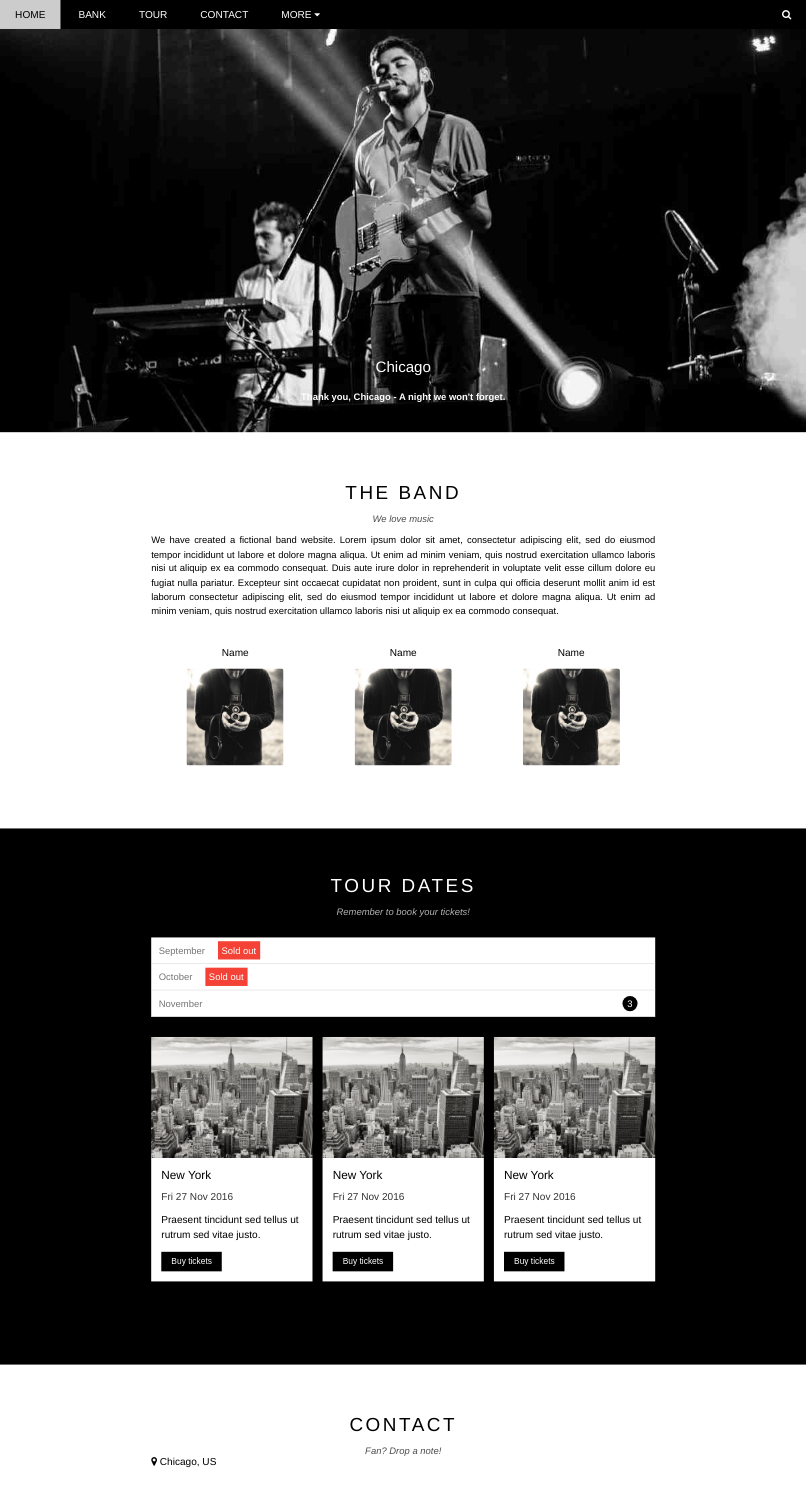
Repository: vuongtm1999/TheBand_W3School
Page: index.html
An editor plug-in stored every save of this project. The page is shown before and after a run of saves, followed by the edit.
The browser window is 1280 px wide. The pictures show the whole page, at 63% of full size.

Above is the page before, as saved 2022-08-28 09:38:23.

### index.html
<!DOCTYPE html>
<html lang="en">
<head>
    <meta charset="UTF-8">
    <meta http-equiv="X-UA-Compatible" content="IE=edge">
    <meta name="viewport" content="width=device-width, initial-scale=1.0">
    <title>Document</title>
    <link rel="stylesheet" href="./assets/css/style.css">
    <link rel="stylesheet" href="https://cdnjs.cloudflare.com/ajax/libs/font-awesome/4.7.0/css/font-awesome.min.css">

</head>
<body>
        <div id="header">
            <!-- begin: nav -->
            <ul id="nav">
                <li><a href="#">Home</a></li>
                <li><a href="#">Bank</a></li>
                <li><a href="#">Tour</a></li>
                <li><a href="#">Contact</a></li>
                <li>
                    <a href="#">More <i style="font-size: 15px;" class="fa fa-caret-down"></i></a>
                    <ul class="subnav">
                        <li><a href="#">Merchandise</a></li>
                        <li><a href="#">Extras</a></li>
                        <li><a href="#">Media</a></li>
                    </ul>
                </li>
            </ul>
            <!-- end: nav -->

            <!-- begin: search button -->
            <div class="search-button">
                <i class="fa fa-search"></i>
            </div>
            <!-- end: search button -->
        </div>

        <div id="slider">
            <div class="text-content">
                <div class="container">
                    <h3 class=text-heading>
                        Chicago
                    </h3>
                    <div class="text-description">
                        Thank you, Chicago - A night we won't forget.
                    </div>
                </div>
            </div>
        </div>

        <div id="content">
            <!-- about section -->
            <div class="content-section">
                <h2 class="section-heading">THE BAND</h2>
                <p class="section-sub-heading">We love music</p>
                <p class="section-about-text">We have created a fictional band website. Lorem ipsum dolor sit amet, consectetur adipiscing elit, sed do eiusmod tempor incididunt ut labore et dolore magna aliqua. Ut enim ad minim veniam, quis nostrud exercitation ullamco laboris nisi ut aliquip ex ea commodo consequat. Duis aute irure dolor in reprehenderit in voluptate velit esse cillum dolore eu fugiat nulla pariatur. Excepteur sint occaecat cupidatat non proident, sunt in culpa qui officia deserunt mollit anim id est laborum consectetur adipiscing elit, sed do eiusmod tempor incididunt ut labore et dolore magna aliqua. Ut enim ad minim veniam, quis nostrud exercitation ullamco laboris nisi ut aliquip ex ea commodo consequat.</p>

                <div class="member-list">

                    <div class="col col-third">
                        <p class="member-name">Name</p>
                        <img class="member-image" src="assets/img/bandmember.jpg" alt="member">
                    </div>

                    <div class="col col-third">
                        <p class="member-name">Name</p>
                        <img class="member-image" src="assets/img/bandmember.jpg" alt="member">
                    </div>

                    <div class="col col-third">
                        <p class="member-name">Name</p>
                        <img class="member-image" src="assets/img/bandmember.jpg" alt="member">
                    </div>

                    <div class="clearFloat"></div>
                </div>
            </div>

            <!-- TOUR DATES section -->
            <div class="tour-section">
                <div class="content-section">
                    <h2 class="section-heading">TOUR DATES</h2>
                    <p class="section-sub-heading">Remember to book your tickets!</p>

                    <br>

                    <ul class="ticket-list">
                        <li>September <span class="soldout">Sold out</span></li>
                        <li>October <span class="soldout">Sold out</span></li>
                        <li>November <span class="quantity">3</span></li>
                    </ul>

                    <div class="row place-ticket">

                        <div class="col col-third">
                            <img src="assets/img/place/newyork.jpg" alt="img-ticket" class="place-img">
                            <div class="place-body">
                                <h3 class="place-city">New York</h3>
                                <p class="place-time">Fri 27 Nov 2016</p>
                                <p class="place-description">Praesent tincidunt sed tellus ut rutrum sed vitae justo.</p>
                                <button class="place-buy-tickets js-buy-ticket">Buy tickets</button>
                            </div>
                        </div>

                        <div class="col col-third">
                            <img src="assets/img/place/newyork.jpg" alt="img-ticket" class="place-img">
                            <div class="place-body">
                                <h3 class="place-city">New York</h3>
                                <p class="place-time">Fri 27 Nov 2016</p>
                                <p class="place-description">Praesent tincidunt sed tellus ut rutrum sed vitae justo.</p>
                                <button class="place-buy-tickets js-buy-ticket">Buy tickets</button>
                            </div>
                        </div>

                        <div class="col col-third">
                            <img src="assets/img/place/newyork.jpg" alt="img-ticket" class="place-img">
                            <div class="place-body">
                                <h3 class="place-city">New York</h3>
                                <p class="place-time">Fri 27 Nov 2016</p>
                                <p class="place-description">Praesent tincidunt sed tellus ut rutrum sed vitae justo.</p>
                                <button class="place-buy-tickets js-buy-ticket">Buy tickets</button>
                            </div>
                        </div>

                        <div class="clearFloat"></div>
                    </div>
                </div>
            </div>



            <!-- CONTACT section -->
            <div class="content-section">
                <h2 class="section-heading">CONTACT</h2>
                <p class="section-sub-heading">Fan? Drop a note!</p>

                <div class="row">
                    <div class="col">
                        <p><i class="fa fa-map-marker" aria-hidden="true"></i>  Chicago, US</p>
                    </div>
                    <div class="col"></div>
                </div>
            </div>

        </div>

        <!-- Modal dialog -->
        <div class="modal js-modal">
            <div class="modal-container js-modal-container">
                <i class="fa fa-times close-icon js-close-icon" aria-hidden="true"></i>
                <header class="modal-header">
                    <i class="fa fa-suitcase mr-5"></i>
                     Tickets
                </header>
                <div class="modal-body">
                    <label for="quantity-sticket" class="modal-label">
                        <i class="fa fa-shopping-cart" aria-hidden="true"></i>
                        Tickets, $15 per person
                    </label>
                    <input type="text" id="quantity-sticket" class="quantity-sticketet" placeholder="How many?">

                    <label for="send-to-sticket" class="modal-label">
                        <i class="fa fa-user" aria-hidden="true"></i>
                        Send to
                    </label>
                    <input type="text" id="send-to-sticket" class="send-to-sticket" placeholder="Enter email" class=placeholder="Enter email">

                    <button id="btn-pay" class="btn-pay">PAY <i class="fa fa-check" aria-hidden="true"></i></button>
                </div>

                <div class="modal-footer">
                    <button class="btn-close js-close-btn">Close <i class="fa fa-times" aria-hidden="true"></i></button>

                    <div class="modal-text-help">Need <a href="#" id="btn-help">help?</a></div>
                </div>
            </div>
        </div>

        <div id="footer">

        </div>
    </div>

    <script>
        const buyBtns = document.querySelectorAll('.js-buy-ticket');
        const modal = document.querySelector('.js-modal');
        const closeBtn = document.querySelector('.js-close-btn');
        const closeIcon = document.querySelector('.js-close-icon');
        const modalContainer = document.querySelector('.js-modal-container');

        function showTicketDialog(){
            modal.classList.add('modal-open')
        }

        function hideTicketDialog(){
            modal.classList.remove('modal-open')
        }

        for(const buyBtn of buyBtns){
            buyBtn.addEventListener('click', showTicketDialog);
        }

        closeBtn.addEventListener('click', hideTicketDialog);
        closeIcon.addEventListener('click', hideTicketDialog);

        //Dong khi click ra ngoai modal
        modal.addEventListener('click', hideTicketDialog);
        modalContainer.addEventListener('click', function(even) {
            even.stopPropagation()
        });

        // buyBtns.forEach(function (buyBtn) {
        //     buyBtn.addEventListener('click', showTicketDialog())
        // })
    </script>
</body>
</html>

### assets/css/style.css
/* reset CSS */
* {
    margin: 0;
    padding: 0;
    box-sizing: border-box;
}

html {
    font-family: Helvetica, Arial, sans-serif;
}

#nav, .subnav, li{
    list-style-type: none;
}

#nav{
    display: inline-block;
}

/* Common */
.clearFloat{
    /* Khac phuc khi dung float :left */
    clear: both;
}

.row{
    margin-left: -8px;
    margin-right: -8px;
}

.col{
    float: left;
    padding-left: 8px;
    padding-right: 8px;
}

.col-half{
    width: 50%;
}

.col-third{
    width: 33.3333%;
}

.text-center{
    text-align: center;
}

/*
Nguyen tac lam viec
1. Vi tri
2. Kich thuoc
3. Mau sac
4. Kieu dang (kieu chu, hinh tron hay hinh vuong,...)
*/

/*
Tu ngoai vao trong
Tu tren xuong duoi
TU tong quan den chi tiet
 */

#main {}

#header {
    position: fixed;
    z-index: 1;
    height: 46px;
    background-color: #000;
    color: #fff;
    top: 0;
    left: 0;
    right: 0;
}

#nav li {
    text-decoration: none;
    line-height: 46px;
}

a{
    text-decoration: none;
}

#nav > li > a {
    /* display: inline-block; */
    padding: 0px 24px;
    color: #ffffff;
    text-transform: uppercase;
}

#nav > li {
    display: inline-block;
}

#nav li:last-child {
    position: relative;
}

#nav .subnav {
    background-color: #fff;
    position: absolute;
    display: none;
    top: 100%;
    left: 0;
    box-shadow:  0px 0px 10px rgba(0, 0, 0, 0.3);
    min-width: 160px;
}

#nav .subnav a{
    color: #000;
    padding: 0px 12px;
    line-height: 30px;
    display: inline-block;
    width: 100%;
}

#nav .subnav li:hover,
#nav > li:hover > a {
    color: #000;
    background-color: #ccc;
    display: block;
}

#nav > li:last-child:hover .subnav{
    display: block;
}

/* search btn */
#header .search-button{
    float: right;
    line-height: 46px;
    padding: 0 24px;
}

#header .search-button:hover{
    background-color: #f44336;
    cursor: pointer;
}

#slider {
    /* background-color: rgb(27, 22, 22); */
    margin-top: 46px;
/* padding-top bang 50% chieu rong cua thanh phan do */
    padding-top: 50%;
    position: relative;
    background: url("/assets/img/chicago.jpg") top center / cover no-repeat;
}

#slider .text-content{
    position: absolute;
    color: white;
    bottom: 48px;

    /* cach 1 */
    /* left: 50%;
    transform: translateX(-50%); */
    /* cach 2 */
    /* left: 0;
    right: 0; */
    /* cach 3 */
    width: 100%;
    text-align: center;
}

.text-heading{
    font-size: 24px;
    font-weight: 400;
}

.text-description{
    margin-top: 25px;
    font-weight: bolder;
    font-size: 15px;
}

#content .content-section{
    width: 800px;
    padding: 64px 0;
    margin-left: auto;
    margin-right: auto;
}

.content-section .section-heading,
.content-section .section-about-text{
    margin: 15px 0px;
}

.content-section .section-heading,
.content-section .section-sub-heading{
    text-align: center;
}

.content-section .section-sub-heading{
    font-size: 15px;
    opacity: 0.7;
    font-style: italic;
}

.content-section .section-heading{
    font-size: 30px;
    font-weight: 500;
    letter-spacing: 4px;
}

.content-section .section-about-text{
    /* line-height khong co px */
    line-height: 1.5;
    font-size: 15px;
    text-align: justify;
}

.content-section .member-list{
    margin: 32px 0;
    text-align: center;
    /* Khac phuc khi dung float :left */
    /* overflow: hidden; */
}

.content-section .member-name{
    margin: 15px 0;
}

.content-section .member-image{
    width: 154px;
    border-radius: 4px;
}

/* Tour section */
.tour-section{
    background-color: #000;
    min-height: 851px;
}

/*  begin: tour section */
.tour-section .section-heading,
.tour-section .section-sub-heading{
    color: white !important;
}

.tour-section .section-heading{
    margin: 10px 0;
}

.tour-section .section-sub-heading{
    margin: 15px 0;
}

.ticket-list{
    background-color: white;
}

.ticket-list > li{
    font-size: 15px;
    padding: 12px;
    border-bottom: 1px solid #ddd;
    color: #757575;
}

.soldout{
    background-color: #f44336;
    padding: 6px;
    margin-left: 16px;
    color: #fff;
}

.quantity{
    float: right;
    margin-right: 16px;
    background-color: #000;
    width: 24px;
    height: 24px;
    border-radius: 50%;
    color: white;
    text-align: center;
    line-height: 24px;
    margin-top: -3px;
}

/* place-ticket */
.place-ticket{
    /* margin-top: 32px; */
    padding-top: 32px;
    margin-left: -8px;
    margin-right: -8px;
}

.place-item{
    float: left;
    width: 33.3333%;
    padding: 0 8px;
}

.place-img{
    width: 100%;
    display: block;
}

.place-img:hover{
    opacity: 0.7;
}

.place-body{
    background-color: white;
    color: rgb(1, 1, 1);
    padding: 16px;
}

.place-city{
    font-weight: 550;
}

.place-time{
    opacity: 0.8;
    margin: 15px 0;
}

.place-description{
    margin: 15px 0;
    line-height: 1.5;
}

.place-buy-tickets{
    background-color: #000;
    padding: 8px 16px;
    color: white;
    display: inline-block;
    border: none;
}

.place-buy-tickets:hover{
    background-color: #ccc;
    color: #000;
}

/* modal dialog */
.modal{
    position: fixed;
    background-color: rgba(0, 0, 0, 0.3);
    top: 0;
    left: 0;
    right: 0;
    bottom: 0;

    /* display: flex; */
    align-items: center;
    justify-content: center;

    display: none;
}

.modal-open{
    display: flex !important;
}

.modal-container{
    background-color: #fff;
    width: 900px;
    min-height: 473px;
    position: relative;

    /* reponsive */
    max-width: calc(100% - 32px);
}

.modal-header {
    height: 129px;
    background-color: #009688;
    display: flex;
    align-items: center;
    justify-content: center;
    letter-spacing: 4px;
    font-weight: 400;
    font-size: 30px;
    color: #fff;
}

.mr-5{
    margin-right: 16px;
}
.close-icon{
    position: absolute;
    top: 0;
    right: 0;
    padding: 12px;
    color: #fff;
}

.close-icon:hover{
    background-color: #ccc;
    color: #000
}

.modal-body {
    padding: 0 16px;
}

.modal-label{
    display: block;
    margin: 18px 0 8px 0;
}

.quantity-sticketet,
.send-to-sticket{
    border: 1px solid #ccc;
    padding: 8px;
    font-size: 15px;
    width: 100%;
}

.btn-pay{
    margin: 16px 0;
    width: 100%;
    background-color: #009688;
    padding: 18px;
    color: #fff;
    border: none;
    font-size: 15px;
    text-transform: uppercase;
}

.btn-pay:hover{
    background-color: #ccc;
    color: #000;
    cursor: pointer;
}

.modal-footer{
    padding: 0 18px;
    margin: 16px 0;
}

.modal-text-help{
    float: right;
}

.btn-close{
    padding: 12px 16px;
    font-size: 15px;
    color: #fff;
    background-color: #f44336;
    border: none;
}

.btn-close:hover{
    cursor: pointer;
    background-color: #ccc;
    color: #000;
}

#btn-help{
    text-decoration: underline !important;
    color: #2196F3;
}



#container {
    /* height: 500px;
    background-color: #ccc; */
}

#content {}

#footer {}

After the next 2 saves:
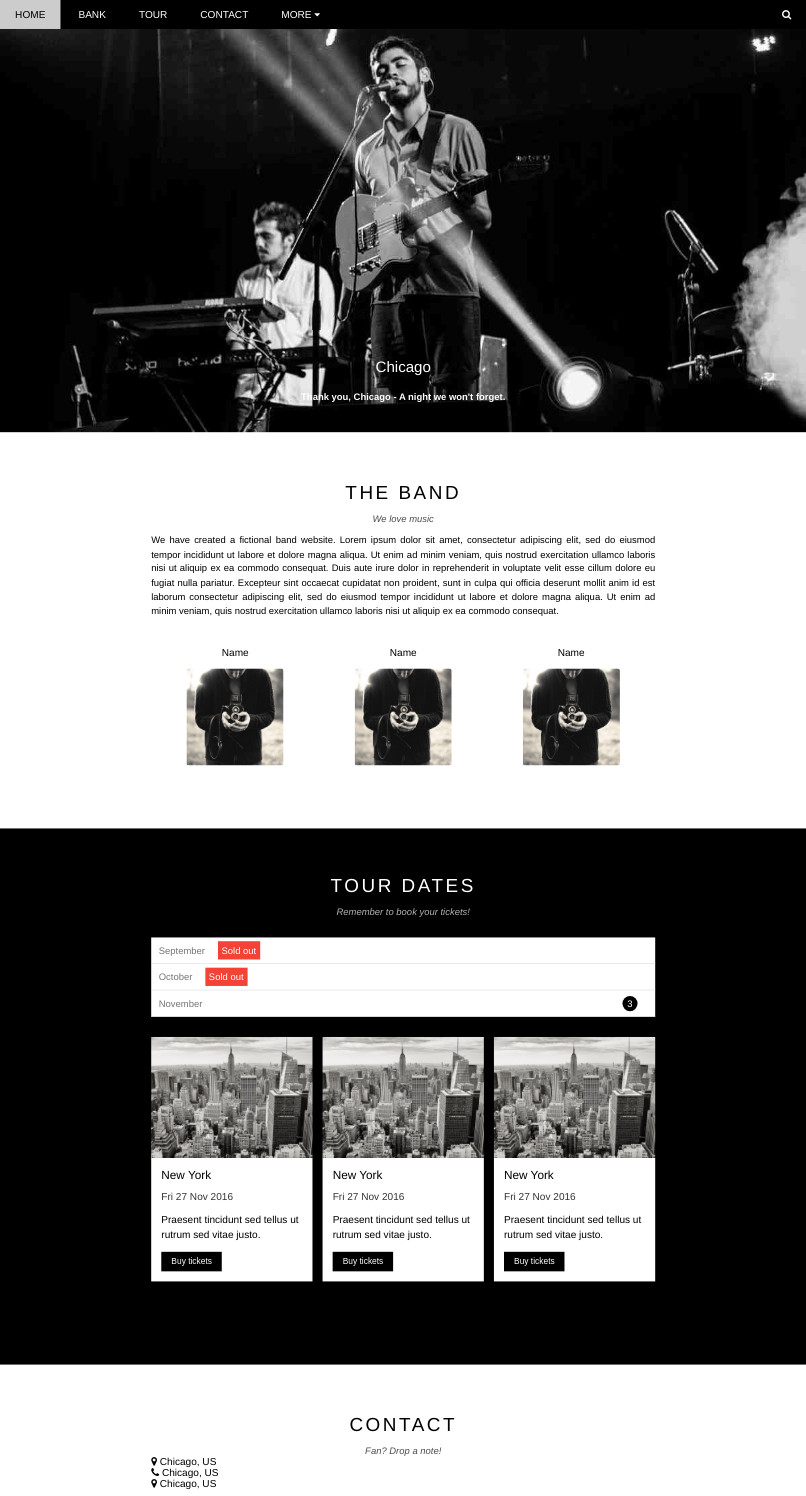
The 2 saves are shown as one change because they came seconds apart.
The last was saved 76 s later.
--- a/index.html
+++ b/index.html
@@ -137,6 +137,8 @@
                 <div class="row">
                     <div class="col">
                         <p><i class="fa fa-map-marker" aria-hidden="true"></i>  Chicago, US</p>
+                        <p><i class="fa fa-phone" aria-hidden="true"></i>  Chicago, US</p>
+                        <p><i class="fa fa-map-marker" aria-hidden="true"></i>  Chicago, US</p>
                     </div>
                     <div class="col"></div>
                 </div>
